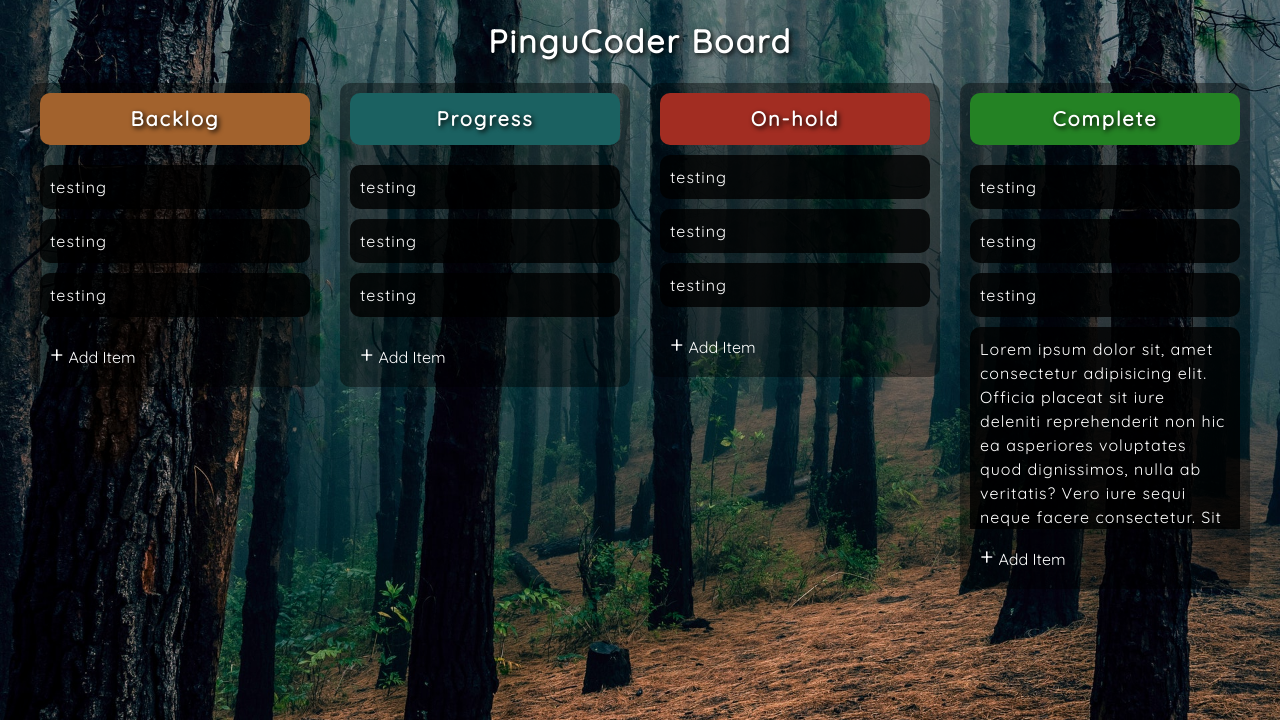
Repository: chanwarichawki/6Drag-And-Drop
Page: index.html
These files come from the project's save history. The page is drawn as it stood at one moment and after the next save; the edit follows.
The browser window is 1280 px wide. The pictures show the whole page.

Above is the page before, as saved 2023-12-25 19:39:45.

### index.html
<!DOCTYPE html>
<html lang="en">
<head>
    <meta charset="UTF-8">
    <meta name="viewport" content="width=device-width, initial-scale=1.0">
    <title>Drag and Drop</title>
    <link rel="icon" type="image/png" href="favicon.png">
    <link rel="stylesheet" href="style.css">
</head>
<body>
    <h1 class="main-title">PinguCoder Board</h1>
    <div class="drag-container">
      <ul class="drag-list">
        <!-- backLog column -->
        <li class="drag-column backlog-column">
        <span class="header">
          <h1>Backlog</h1>
        </span>
        <!-- backLog content -->
        <div id="backlog-content" class="custom-scroll">
          <ul class="drag-item-list" id="backlog-list">
            <li class="drag-item">testing</li>
            <li class="drag-item">testing</li>
            <li class="drag-item">testing</li>
          </ul>
        </div>
        <!-- add button group -->
        <div class="add-btn-group">
          <div class="add-btn">
            <span class="plus-sign">+</span>
            <span>Add Item</span>
          </div>
          <div class="add-btn solid">
            <span>Sve Item</span>
          </div>
          <div class="add-container">
            <div class="add-item"></div>
          </div>
        </div>
      </li>


        <!-- progress column -->
        <li class="drag-column progress-column">
        <span class="header">
          <h1>Progress</h1>
        </span>
        <!-- progress content -->
        <div id="progress-content" class="custom-scroll">
          <ul class="drag-item-list" id="progress-list">
            <li class="drag-item">testing</li>
            <li class="drag-item">testing</li>
            <li class="drag-item">testing</li>
          </ul>
        </div>
        <!-- add button group -->
        <div class="add-btn-group">
          <div class="add-btn">
            <span class="plus-sign">+</span>
            <span>Add Item</span>
          </div>
          <div class="add-btn solid">
            <span>Sve Item</span>
          </div>
          <div class="add-container">
            <div class="add-item"></div>
          </div>
        </div>
      </li>


        <!-- on-hold column -->
        <li class="drag-column on-hold-column">
        <span class="header">
          <h1>On-hold</h1>
        </span>
        <!-- on-hold content -->
        <div class="on-hold-content" class="custom-scroll">
          <ul class="drag-item-list" id="on-hold-list">
            <li class="drag-item">testing</li>
            <li class="drag-item">testing</li>
            <li class="drag-item">testing</li>
          </ul>
        </div>
        <!-- add button group -->
        <div class="add-btn-group">
          <div class="add-btn">
            <span class="plus-sign">+</span>
            <span>Add Item</span>
          </div>
          <div class="add-btn solid">
            <span>Sve Item</span>
          </div>
          <div class="add-container">
            <div class="add-item"></div>
          </div>
        </div>
      </li>


        <!-- complete column -->
        <li class="drag-column complete-column">
        <span class="header">
          <h1>Complete</h1>
        </span>
        <!-- complete content -->
        <div class="complete-content custom-scroll">
          <ul class="drag-item-list" id="complete-list">
            <li class="drag-item">testing</li>
            <li class="drag-item">testing</li>
            <li class="drag-item">testing</li>
            <li class="drag-item">Lorem ipsum dolor sit, amet consectetur adipisicing elit. Officia placeat sit iure deleniti reprehenderit non hic ea asperiores voluptates quod dignissimos, nulla ab veritatis? Vero iure sequi neque facere consectetur.
            Sit explicabo fugiat obcaecati voluptates vitae non, quia laboriosam, libero rem odit perferendis excepturi ex totam? Dolor molestias, qui dignissimos minima nulla, optio maiores minus modi commodi alias vitae pariatur?
            Voluptates, modi eum consequatur facilis asperiores assumenda repellendus laboriosam eligendi sunt quos ut, cum, numquam mollitia fugiat provident alias id adipisci! Culpa adipisci explicabo, voluptatibus nulla quaerat voluptatem ab mollitia?
            Ab ad repellendus labore incidunt ducimus officia vero sequi. Sint harum reprehenderit non quia quibusdam at dignissimos assumenda illum, ipsum voluptatem sed provident iusto pariatur ut nisi et illo quae.</li>
          </ul>
        </div>
        <!-- add button group -->
        <div class="add-btn-group">
          <div class="add-btn">
            <span class="plus-sign">+</span>
            <span>Add Item</span>
          </div>
          <div class="add-btn solid">
            <span>Sve Item</span>
          </div>
          <div class="add-container">
            <div class="add-item"></div>
          </div>
        </div>
      </li>


      </ul>
    </div>
    <!-- Script -->
    <script src="script.js"></script>
</body>
</html>

### style.css
/* Trees Image - Pexels: https://www.pexels.com/photo/photo-of-trees-in-forest-3801030/ */
@import url("https://fonts.googleapis.com/css?family=Quicksand&display=swap");

html {
  box-sizing: border-box;
}

:root {
  --column-1: #a2622d;
  --column-2: #1b6161;
  --column-3: #248224;
  --column-4: #a22d22;
}

body {
  margin: 0;
  background: url("./trees.jpg");
  background-size: cover;
  background-position: 50% 60%;
  background-attachment: fixed;
  color: white;
  font-family: Quicksand, sans-serif;
  overflow-y: hidden;
}

h1 {
  letter-spacing: 2px;
  text-shadow: 2px 2px 5px black;
}

.main-title {
  text-align: center;
  font-size: 3rem;
}

ul {
  list-style-type: none;
  margin: 0;
  padding: 0;
}

.drag-container {
  margin: 20px;
}

.drag-list {
  display: flex;
  align-items: flex-start;
}

/* Columns */
.drag-column {
  flex: 1;
  margin: 0 10px;
  position: relative;
  background-color: rgba(0, 0, 0, 0.4);
  border-radius: 10px;
  overflow-x: hidden;
}

.backlog-column .header,
.backlog-column .solid,
.backlog-column .solid:hover,
.backlog-column .over {
  background-color: var(--column-1);
}

.progress-column .header,
.progress-column .solid,
.progress-column .solid:hover,
.progress-column .over {
  background-color: var(--column-2);
}

.complete-column .header,
.complete-column .solid,
.complete-column .solid:hover,
.complete-column .over {
  background-color: var(--column-3);
}

.on-hold-column .header,
.on-hold-column .solid,
.on-hold-column .solid:hover,
.on-hold-column .over {
  background-color: var(--column-4);
}

/* Custom Scrollbar */
.custom-scroll {
  overflow-y: auto;
  max-height: 52vh;
}

.custom-scroll::-webkit-scrollbar-track {
  box-shadow: inset 0 0 6px rgba(0, 0, 0, 0.4);
  border-radius: 10px;
  background-color: rgba(255, 255, 255, 0.3);
  margin-right: 5px;
}

.custom-scroll::-webkit-scrollbar {
  width: 10px;
}

.custom-scroll::-webkit-scrollbar-thumb {
  border-radius: 10px;
  box-shadow: inset 0 0 6px rgba(0, 0, 0, 0.3);
  background-color: rgba(0, 0, 0, 0.8);
}

.header {
  display: flex;
  justify-content: center;
  border-radius: 10px;
  margin: 10px;
}

.header h1 {
  font-size: 1.25rem;
}

/* Drag and Drop */
.over {
  padding: 50px 10px;
}

.drag-item-list {
  min-height: 50px;
}

.drag-item {
  margin: 10px;
  padding: 10px;
  height: fit-content;
  background-color: rgba(0, 0, 0, 0.8);
  border-radius: 10px;
  line-height: 1.5rem;
  letter-spacing: 1px;
  cursor: pointer;
}

.drag-item:focus {
  outline: none;
  background-color: white;
  color: black;
}

/* Add Button Group */
.add-btn-group {
  display: flex;
  justify-content: space-between;
}

.add-btn {
  margin: 10px;
  padding: 5px 10px;
  display: flex;
  align-items: center;
  cursor: pointer;
  width: fit-content;
  border-radius: 5px;
  transition: all 0.3s ease-in;
  user-select: none;
}

.add-btn:hover {
  background-color: rgba(255, 255, 255, 0.9);
  color: black;
}

.add-btn:active {
  transform: scale(0.97);
}

.solid {
  display: none;
}

.solid:hover {
  transition: unset;
  filter: brightness(95%);
  color: white;
}

.plus-sign {
  font-size: 1.5rem;
  margin-right: 5px;
  position: relative;
  top: -3px;
}

.add-container {
  margin: 10px;
  padding: 5px 10px;
  border-radius: 10px;
  background-color: rgba(255, 255, 255, 0.9);
  min-height: 100px;
  display: none;
}

.add-item {
  width: 100%;
  min-height: 100px;
  height: auto;
  background-color: white;
  border-radius: 10px;
  margin: 5px auto;
  resize: none;
  color: black;
  padding: 10px;
}

.add-item:focus {
  outline: none;
}

/* Media Query: Laptop */
@media screen and (max-width: 1800px) {
  .main-title {
    font-size: 2rem;
  }
}

/* Media Query: Large Smartphone (Vertical) */
@media screen and (max-width: 600px) {
  body {
    overflow-y: auto;
  }

  .drag-container {
    margin: 0;
  }

  .drag-list {
    display: block;
  }

  .drag-column {
    margin: 10px;
  }
}

### script.js
const addBtns = document.querySelectorAll('.add-btn:not(.solid)');
const saveItemBtns = document.querySelectorAll('.solid');
const addItemContainers = document.querySelectorAll('.add-container');
const addItems = document.querySelectorAll('.add-item');
// Item Lists
const itemLists = document.querySelectorAll('.drag-item-list');
const backlogList = document.getElementById('backlog-list');
const progressList = document.getElementById('progress-list');
const completeList = document.getElementById('complete-list');
const onHoldList = document.getElementById('on-hold-list');

// Items


// Initialize Arrays
let backlogListArray = [];
let progressListArray = [];
let completeListArray = [];
let onHoldListArray = [];

// Drag Functionality


// Get Arrays from localStorage if available, set default values if not
function getSavedColumns() {
  if (localStorage.getItem('backlogItems')) {
    backlogListArray = JSON.parse(localStorage.backlogItems);
    progressListArray = JSON.parse(localStorage.progressItems);
    completeListArray = JSON.parse(localStorage.completeItems);
    onHoldListArray = JSON.parse(localStorage.onHoldItems);
  } else {
    backlogListArray = ['Release the course', 'Sit back and relax'];
    progressListArray = ['Work on projects', 'Listen to music'];
    completeListArray = ['Being cool', 'Getting stuff done'];
    onHoldListArray = ['Being uncool'];
  }
}

// Set localStorage Arrays
function updateSavedColumns() {
  localStorage.setItem('backlogItems', JSON.stringify(backlogListArray));
  localStorage.setItem('progressItems', JSON.stringify(progressListArray));
  localStorage.setItem('completeItems', JSON.stringify(completeListArray));
  localStorage.setItem('onHoldItems', JSON.stringify(onHoldListArray));
}

// Create DOM Elements for each list item
function createItemEl(columnEl, column, item, index) {
  console.log('columnEl:', columnEl);
  console.log('column:', column);
  console.log('item:', item);
  console.log('index:', index);
  // List Item
  const listEl = document.createElement('li');
  listEl.classList.add('drag-item');

}

// Update Columns in DOM - Reset HTML, Filter Array, Update localStorage
function updateDOM() {
  // Check localStorage once

  // Backlog Column

  // Progress Column

  // Complete Column

  // On Hold Column

  // Run getSavedColumns only once, Update Local Storage


}

After the next save:
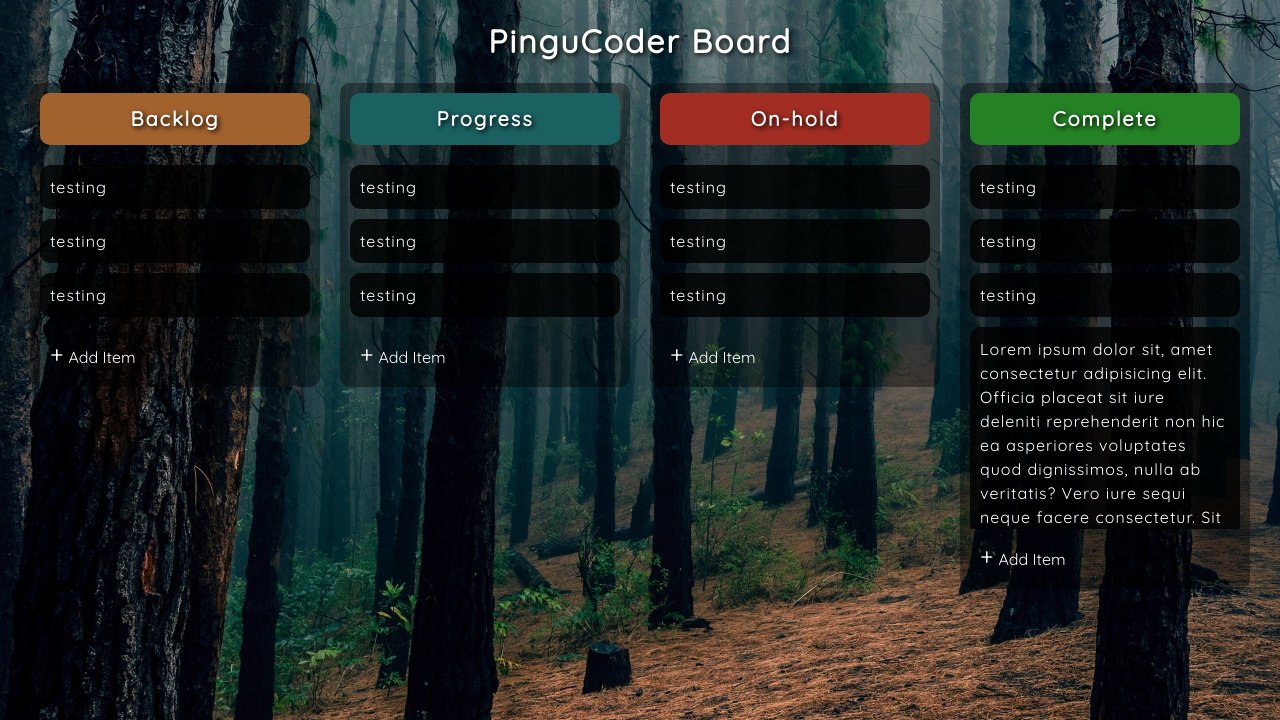
Saved 12 s later.
--- a/index.html
+++ b/index.html
@@ -75,7 +75,7 @@
           <h1>On-hold</h1>
         </span>
         <!-- on-hold content -->
-        <div class="on-hold-content" class="custom-scroll">
+        <div id="on-hold-content" class="custom-scroll">
           <ul class="drag-item-list" id="on-hold-list">
             <li class="drag-item">testing</li>
             <li class="drag-item">testing</li>
